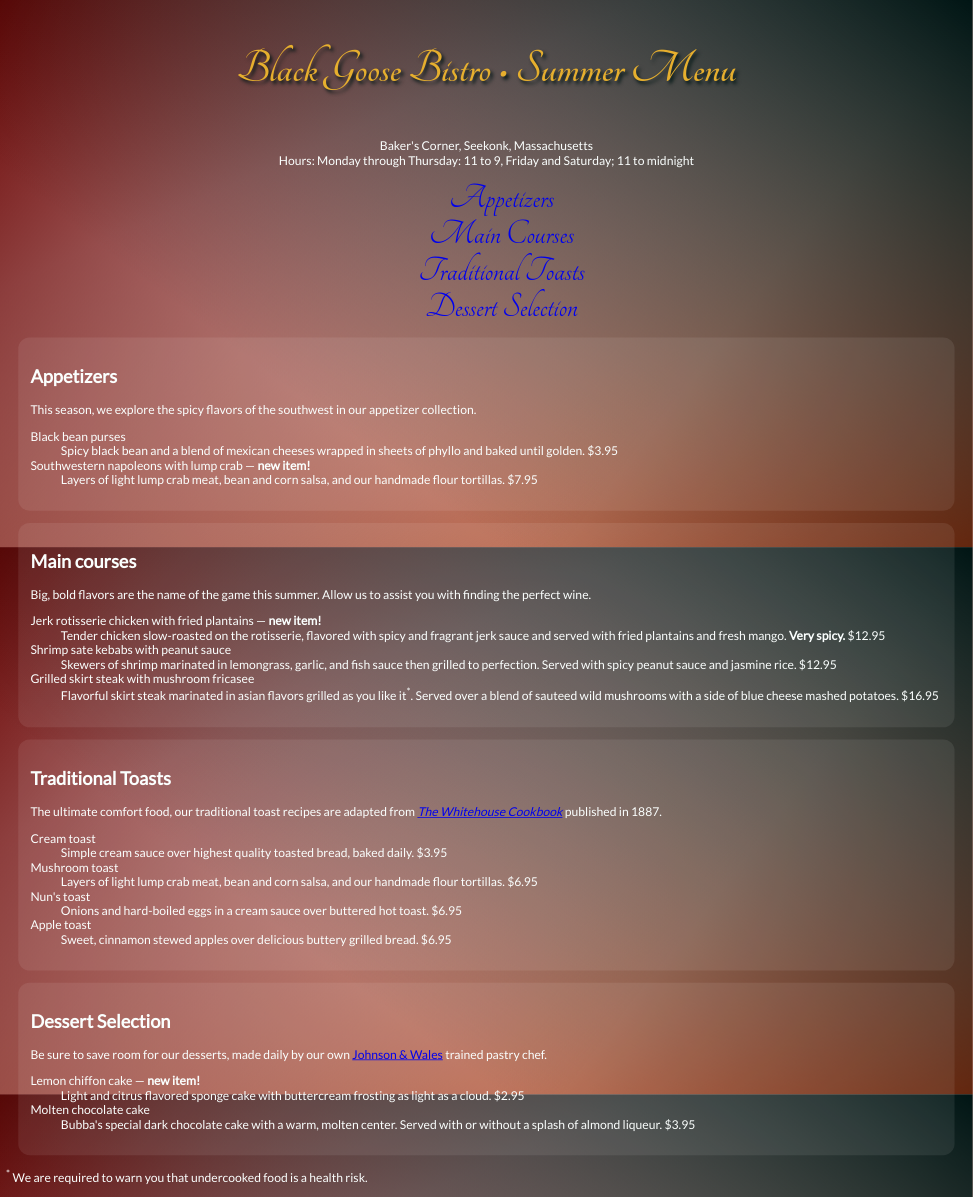
Repository: Colo-Codes/code-practice
Page: 02-css-practice-4.html
These files come from the project's save history. The page is drawn as it stood at one moment and after the next save; the edit follows.
The browser window is 1280 px wide. The pictures show the whole page, at 76% of full size.
Backgrounds fixed to the window are drawn as part of the page. Some web fonts or font styles are not loaded; a fallback is used.

Above is the page before, as saved 2021-05-07 09:39:31.

### 02-css-practice-4.html
<!DOCTYPE html>
<html>

<head>
    <meta charset="utf-8">
    <title>Black Goose Bistro Summer Menu</title>
    <link href='http://fonts.googleapis.com/css?family=Marko+One' rel='stylesheet' type='text/css'>
    <link rel="preconnect" href="https://fonts.gstatic.com">
    <link href="https://fonts.googleapis.com/css2?family=Lato&display=swap" rel="stylesheet">
    <style>
        /* Colour palette:
            Dark Jungle Green:  #001514 rgb(0, 21, 20)
            White:              #FBFFFE rgb(251, 255, 254)
            Blood Red:          #6B0504 rgb(107, 5, 4)
            Chinese Red:        #A3320B rgb(163, 50, 11)
            Goldenrod:          #E6AF2E rgb(230, 175, 46)
        */
        @font-face {
            font-family: Tangerine;
            src: url(./assets/fonts/Tangerine/Tangerine-Regular.ttf);
        }
        @font-face {
            font-family: Tangerine;
            src: url(./assets/fonts/Tangerine/Tangerine-Bold.ttf);
            font-weight: bold;
        }
        body {
            background:
                fixed linear-gradient(217deg, rgba(0, 21, 20), rgba(255,255,255,0) 70.71%),
                fixed linear-gradient(127deg, rgba(107, 5, 4), rgba(0,255,0,0) 70.71%),
                fixed linear-gradient(336deg, rgba(163, 50, 11), rgba(0,0,255,0) 70.71%);
            color: rgba(251, 255, 254);
            font-family: 'Lato', sans-serif;
        }
        header > h1 {
            /* Sexy Vulcan With Smooth Happy Feet: Style Variant Weight Size lHeight Family */
            font: bold 4em/1.5 Tangerine, "Times New Roman", serif;
            text-align: center;
            color: rgb(230, 175, 46);
            text-shadow: .05em .05em 5px rgba(0,21,20,1) ;
        }
        section {
            background-color: rgba(251, 255, 254, .08);
            padding: 1em;
            margin: 1em;
            border-radius: 15px;
        }
        header div p {
            text-align: center;
        }
        li {
            list-style-type: none;
            text-align: center;
        }
        li a {
            text-decoration: none;
            font: 3em Tangerine, "Times New Roman", serif;

        }
    </style>
</head>

<body>

    <header>
        <h1>Black Goose Bistro &bull; Summer Menu</h1>

        <div id="info">
            <p>Baker's Corner, Seekonk, Massachusetts<br>
                <span class="label">Hours: Monday through Thursday:</span> 11 to 9, <span class="label">Friday and
                    Saturday;</span> 11 to midnight
            </p>
            <ul>
                <li><a href="#appetizers">Appetizers</a></li>
                <li><a href="#entrees">Main Courses</a></li>
                <li><a href="#toast">Traditional Toasts</a></li>
                <li><a href="#dessert">Dessert Selection</a></li>
            </ul>
        </div>
    </header>

    <section id="appetizers">
        <h2>Appetizers</h2>
        <p>This season, we explore the spicy flavors of the southwest in our appetizer collection.</p>

        <dl>
            <dt>Black bean purses</dt>
            <dd>Spicy black bean and a blend of mexican cheeses wrapped in sheets of phyllo and baked until golden.
                <span class="price">$3.95</span></dd>

            <dt class="newitem">Southwestern napoleons with lump crab &mdash; <strong>new item!</strong></dt>
            <dd>Layers of light lump crab meat, bean and corn salsa, and our handmade flour tortillas. <span
                    class="price">$7.95</span></dd>
        </dl>
    </section>

    <section id="entrees">

        <h2>Main courses</h2>
        <p>Big, bold flavors are the name of the game this summer. Allow us to assist you with finding the perfect wine.
        </p>


        <dl>

            <dt class="newitem">Jerk rotisserie chicken with fried plantains &mdash; <strong>new item!</strong></dt>
            <dd>Tender chicken slow-roasted on the rotisserie, flavored with spicy and fragrant jerk sauce and served
                with fried plantains and fresh mango. <strong>Very spicy.</strong> <span class="price">$12.95</span>
            </dd>

            <dt>Shrimp sate kebabs with peanut sauce</dt>
            <dd>Skewers of shrimp marinated in lemongrass, garlic, and fish sauce then grilled to perfection. Served
                with spicy peanut sauce and jasmine rice. <span class="price">$12.95</span></dd>

            <dt>Grilled skirt steak with mushroom fricasee</dt>
            <dd>Flavorful skirt steak marinated in asian flavors grilled as you like it<sup>*</sup>. Served over a blend
                of sauteed wild mushrooms with a side of blue cheese mashed potatoes. <span class="price">$16.95</span>
            </dd>
        </dl>

    </section>

    <section id="toast">
        <h2>Traditional Toasts</h2>
        <p>The ultimate comfort food, our traditional toast recipes are adapted from <a
                href="http://www.gutenberg.org/files/13923/13923-h/13923-h.htm"><cite>The Whitehouse Cookbook</cite></a>
            published in 1887.</p>

        <dl>
            <dt>Cream toast</dt>
            <dd>Simple cream sauce over highest quality toasted bread, baked daily. <span class="price">$3.95</span>
            </dd>

            <dt>Mushroom toast</dt>
            <dd>Layers of light lump crab meat, bean and corn salsa, and our handmade flour tortillas. <span
                    class="price">$6.95</span></dd>

            <dt>Nun's toast</dt>
            <dd>Onions and hard-boiled eggs in a cream sauce over buttered hot toast. <span class="price">$6.95</span>
            </dd>

            <dt>Apple toast</dt>
            <dd>Sweet, cinnamon stewed apples over delicious buttery grilled bread. <span class="price">$6.95</span>
            </dd>
        </dl>
    </section>

    <section id="dessert">
        <h2>Dessert Selection</h2>
        <p>Be sure to save room for our desserts, made daily by our own <a
                href="http://www.jwu.edu/college.aspx?id=19510">Johnson & Wales</a> trained pastry chef.</p>

        <dl>
            <dt class="newitem">Lemon chiffon cake &mdash; <strong>new item!</strong></dt>
            <dd>Light and citrus flavored sponge cake with buttercream frosting as light as a cloud. <span
                    class="price">$2.95</span></dd>

            <dt class="newitem">Molten chocolate cake</dt>
            <dd>Bubba's special dark chocolate cake with a warm, molten center. Served with or without a splash of
                almond liqueur. <span class="price">$3.95</span></dd>
        </dl>
    </section>

    <footer>
        <p class="warning"><sup>*</sup> We are required to warn you that undercooked food is a health risk.</p>
    </footer>

</body>

</html>

After the next save:
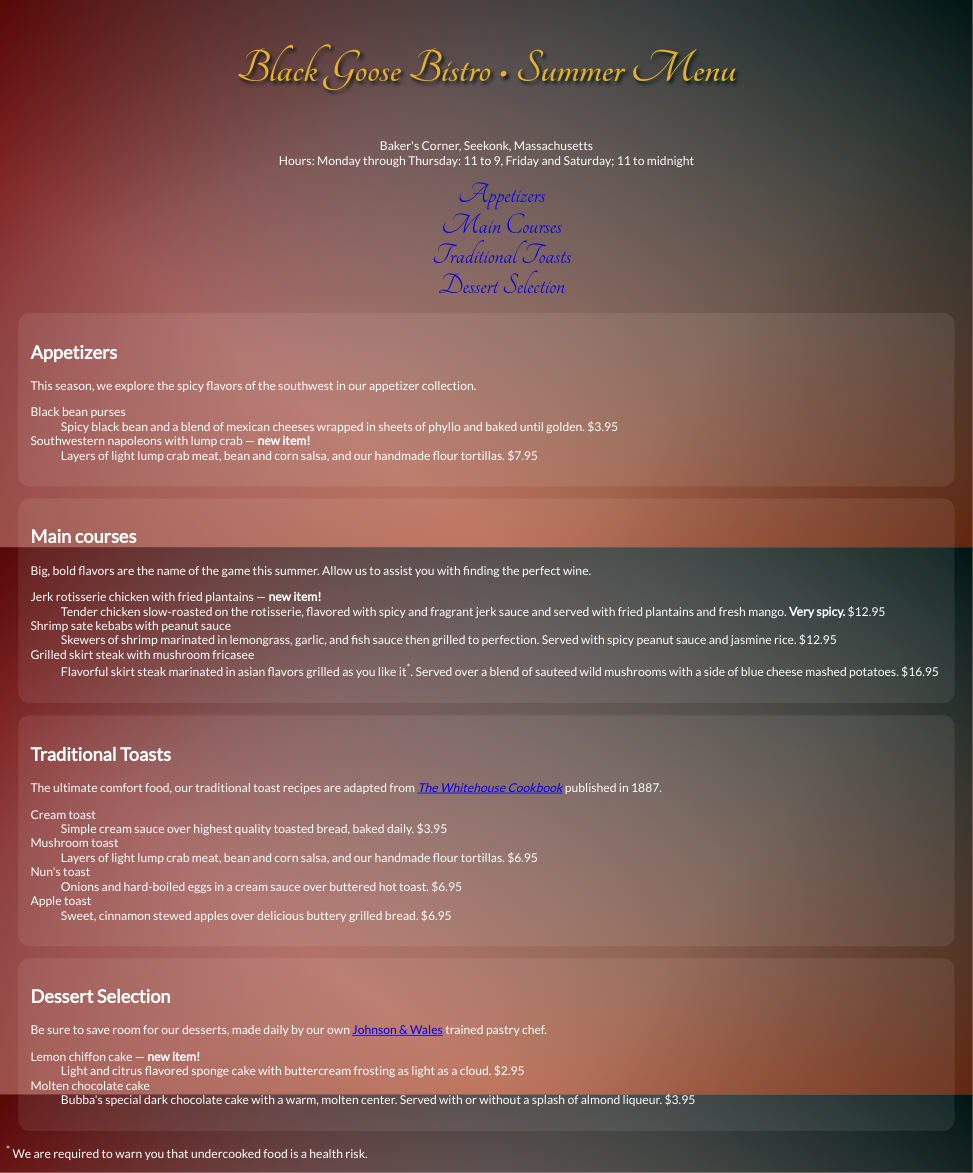
Saved 7 s later.
--- a/02-css-practice-4.html
+++ b/02-css-practice-4.html
@@ -54,7 +54,7 @@
         }
         li a {
             text-decoration: none;
-            font: 3em Tangerine, "Times New Roman", serif;
+            font: 2.5em Tangerine, "Times New Roman", serif;
 
         }
     </style>
